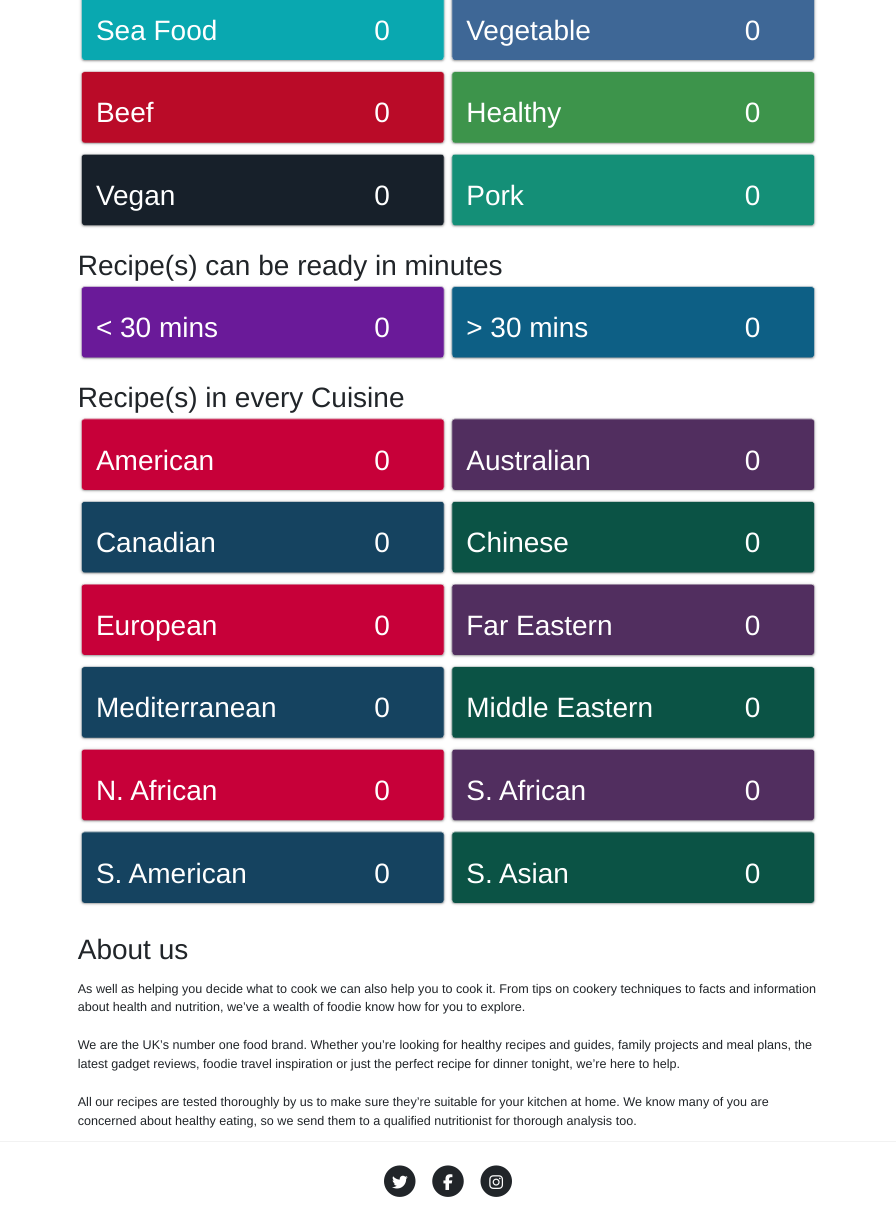
Repository: Code-Institute-Submissions/simas-recipes
Page: http://localhost/
The author's editor kept a record of every edit. The page is drawn from the files as they stood at one moment, then again after the next edit.
The browser window is 1280 px wide. The pictures show the part of the page from y = 797 to 2717 px (the page is 2528 px tall before and 2717 px after), at 70% of full size.
Some web fonts or font styles are not loaded; a fallback is used. Some web libraries are served in a nearby version. The page is served by the project's application, run on Flask 3 (run.py). Queries for data that is not in the repository find no rows.

Above is the page before.
Console error: ReferenceError: emailjs is not defined

### templates/index.html
{% extends 'base.html' %}
{% block content %}
    <span id ="top-page" class="dashhead"> Recipe(s) available in every Catagory</span><br>

    <div class="row">

        <!--Amount of recipes available for CHICKEN-->
        <div class="col-md-6 col-sm-12">
            <a href = "{{ url_for('chicken')}}">
            <div class="row card-chick collapsible collapsible-dash">
                <h2 class="col-9 cat_head">
                    Chicken
                </h2>
                <h2 class="col-3 cat-value">
                    {{ recipe_chicken|selectattr('recipe_type', 'equalto', 'Chicken')|list|length }}
                </h2>
            </div>
            </a>
        </div>

        <!--Amount of recipes available for LAMB-->
        <div class="col-md-6 col-sm-12">
            <a href = "{{ url_for('lamb')}}">
            <div class="row card-lamb collapsible collapsible-dash">
                <h2 class="col-9 cat_head">
                    Lamb
                </h2>
                <h2 class="col-3 cat-value">
                    {{ recipe_lamb|selectattr('recipe_type', 'equalto', 'Lamb')|list|length }}
                </h2>
            </div>
            </a>
        </div>
    </div>

    <div class="row">

        <!--Amount of recipes available for SEA FOOD-->
        <div class="col-md-6 col-sm-12">
            <a href = "{{ url_for('seafood')}}">
            <div class="row card-seafood collapsible collapsible-dash">
                <h2 class="col-9 cat_head">
                    Sea Food
                </h2>
                <h2 class="col-3 cat-value">
                    {{ recipe_seafood|selectattr('recipe_type', 'equalto', 'Sea Food')|list|length }}
                </h2>
            </div>
            </a>
        </div>

        <!--Amount of recipes available for VEGETABLE-->
        <div class="col-md-6 col-sm-12">
            <a href = "{{ url_for('veg')}}">
            <div class="row card-veg collapsible collapsible-dash">
                <h2 class="col-9 cat_head">
                    Vegetable
                </h2>
                <h2 class="col-3 cat-value">
                    {{ recipe_veg|selectattr('recipe_type', 'equalto', 'Vegetable')|list|length }}
                </h2>
            </div>
        </div>
    </div>

    <div class="row">

        <!--Amount of recipes available for BEEF-->
        <div class="col-md-6 col-sm-12">
            <a href = "{{ url_for('beef')}}">
            <div class="row card-beef collapsible collapsible-dash">
                <h2 class="col-9 cat_head">
                    Beef
                </h2>
                <h2 class="col-3 cat-value">
                    {{ recipe_beef|selectattr('recipe_type', 'equalto', 'Beef')|list|length }}
                </h2>
            </div>
            </a>
        </div>

        <!--Amount of recipes available for HEALTHY-->
        <div class="col-md-6 col-sm-12">
            <a href = "{{ url_for('healthy')}}">
            <div class="row card-healthy collapsible collapsible-dash">
                <h2 class="col-9 cat_head">
                    Healthy
                </h2>
                <h2 class="col-3 cat-value">
                    {{ recipe_healthy|selectattr('recipe_type', 'equalto', 'Healthy')|list|length }}
                </h2>
            </div>
            </a>
        </div>
    </div>

    <div class="row">

        <!--Amount of recipes available for VEGAN-->
        <div class="col-md-6 col-sm-12">
            <a href = "{{ url_for('vegan')}}">
            <div class="row card-vegan collapsible collapsible-dash">
                <h2 class="col-9 cat_head">
                    Vegan
                </h2>
                <h2 class="col-3 cat-value">
                    {{ recipe_vegan|selectattr('recipe_type', 'equalto', 'Vegan')|list|length }}
                </h2>
            </div>
            </a>
        </div>

        <!--Amount of recipes available for PORK-->
        <div class="col-md-6 col-sm-12">
            <a href = "{{ url_for('pork')}}">
            <div class="row card-pork collapsible collapsible-dash">
                <h2 class="col-9 cat_head">
                    Pork
                </h2>
                <h2 class="col-3 cat-value">
                    {{ recipe_pork|selectattr('recipe_type', 'equalto', 'Pork')|list|length }}
                </h2>
            </div>
            </a>
        </div>
    </div>
    <br>

    <span class="dashhead"> Recipe(s) can be ready in minutes</span><br>

    <div class="row">

        <!--Amount of recipes available which can be ready under 30 mins-->
        <div class="col-md-6 col-sm-12" title="Recipes can be ready 'UNDER 30 MINS'">
            <div class="row card-u30 collapsible collapsible-dash">
                <h2 class="col-9 cat_head">
                    < 30 mins
                </h2>
                <h2 class="col-3 cat-value">
                    {{ recipe_25|selectattr('cook_time', 'lessthan', '31')|list|length }}
                </h2>
            </div>
        </div>

        <!--Amount of recipes available which can be take over 30 mins to be ready-->
        <div class="col-md-6 col-sm-12">
            <div class="row card-o30 collapsible collapsible-dash">
                <h2 class="col-9 cat_head">
                    > 30 mins
                </h2>
                <h2 class="col-3 cat-value">
                    {{ recipe_35|selectattr('cook_time', 'greaterthan', '31')|list|length }}
                </h2>
            </div>
        </div>
    </div>

    <br>

    <span class="dashhead"> Recipe(s) in every Cuisine</span><br>

    <div class="row">

        <!--Amount of recipes available for AMERICAN CUISINE-->
        <div class="col-md-6 col-sm-12">
            <a href="{{ url_for('american') }}">
            <div class="row card-cuisine-red collapsible collapsible-dash">
                <h2 class="col-9 cat_head">
                    American
                </h2>
                <h2 class="col-3 cat-value">
                    {{ recipe_amc|selectattr('recipe_cuisine', 'equalto', 'American Cuisine')|list|length }}
                </h2>
            </div>
            </a>
        </div>

        <!--Amount of recipes available for AUSTRALIAN CUISINE-->
        <div class="col-md-6 col-sm-12">
            <div class="row card-cuisine-purple collapsible collapsible-dash">
                <h2 class="col-9 cat_head">
                    Australian
                </h2>
                <h2 class="col-3 cat-value">
                    {{ recipe_auc|selectattr('recipe_cuisine', 'equalto', 'Australian Cuisine')|list|length }}
                </h2>
            </div>
        </div>
    </div>

    <div class="row">

        <!--Amount of recipes available for CANADIAN CUISINE-->
        <div class="col-md-6 col-sm-12">
            <div class="row card-cuisine-blue collapsible collapsible-dash">
                <h2 class="col-9 cat_head">
                    Canadian
                </h2>
                <h2 class="col-3 cat-value">
                    {{ recipe_cdc|selectattr('recipe_cuisine', 'equalto', 'Canadian Cuisine')|list|length }}
                </h2>
            </div>
        </div>

        <!--Amount of recipes available for CHINESE CUISINE-->
        <div class="col-md-6 col-sm-12">
            <div class="row card-cuisine-green collapsible collapsible-dash">
                <h2 class="col-9 cat_head">
                    Chinese
                </h2>
                <h2 class="col-3 cat-value">
                    {{ recipe_cnc|selectattr('recipe_cuisine', 'equalto', 'Chinese Cuisine')|list|length }}
                </h2>
            </div>
        </div>
    </div>

    <div class="row">

        <!--Amount of recipes available for EUROPIAN CUISINE-->
        <div class="col-md-6 col-sm-12">
            <div class="row card-cuisine-red collapsible collapsible-dash">
                <h2 class="col-9 cat_head">
                    European
                </h2>
                <h2 class="col-3 cat-value">
                    {{ recipe_euc|selectattr('recipe_cuisine', 'equalto', 'European Cuisine')|list|length }}
                </h2>
            </div>
        </div>

        <!--Amount of recipes available for FAR EASTERN CUISINE-->
        <div class="col-md-6 col-sm-12">
            <div class="row card-cuisine-purple collapsible collapsible-dash">
                <h2 class="col-9 cat_head">
                    Far Eastern
                </h2>
                <h2 class="col-3 cat-value">
                    {{ recipe_fec|selectattr('recipe_cuisine', 'equalto', 'Far Eastern Cuisine')|list|length }}
                </h2>
            </div>
        </div>
    </div>

    <div class="row">

        <!--Amount of recipes available for MEDITERRANEAN CUISINE-->
        <div class="col-md-6 col-sm-12">
            <div class="row card-cuisine-blue collapsible collapsible-dash">
                <h2 class="col-9 cat_head">
                    Mediterranean
                </h2>
                <h2 class="col-3 cat-value">
                    {{ recipe_mdc|selectattr('recipe_cuisine', 'equalto', 'Mediterranean Cuisine')|list|length }}
                </h2>
            </div>
        </div>

        <!--Amount of recipes available for MIDDLE EASTERN CUISINE-->
        <div class="col-md-6 col-sm-12">
            <div class="row card-cuisine-green collapsible collapsible-dash">
                <h2 class="col-9 cat_head">
                    Middle Eastern
                </h2>
                <h2 class="col-3 cat-value">
                    {{ recipe_mec|selectattr('recipe_cuisine', 'equalto', 'Middle Eastern Cuisine')|list|length }}
                </h2>
            </div>
        </div>
    </div>

    <div class="row">

        <!--Amount of recipes available for NORTH AFRICAN CUISINE-->
        <div class="col-md-6 col-sm-12">
            <div class="row card-cuisine-red collapsible collapsible-dash">
                <h2 class="col-9 cat_head">
                    N. African
                </h2>
                <h2 class="col-3 cat-value">
                    {{ recipe_nac|selectattr('recipe_cuisine', 'equalto', 'North African Cuisine')|list|length }}
                </h2>
            </div>
        </div>

        <!--Amount of recipes available for SOUTH AFRICAN CUISINE-->
        <div class="col-md-6 col-sm-12">
            <div class="row card-cuisine-purple collapsible collapsible-dash">
                <h2 class="col-9 cat_head">
                    S. African
                </h2>
                <h2 class="col-3 cat-value">
                    {{ recipe_safc|selectattr('recipe_cuisine', 'equalto', 'South African Cuisine')|list|length }}
                </h2>
            </div>
        </div>
    </div>

    <div class="row">

        <!--Amount of recipes available for SOUTH AMERICAN CUISINE-->
        <div class="col-md-6 col-sm-12">
            <div class="row card-cuisine-blue collapsible collapsible-dash">
                <h2 class="col-9 cat_head">
                    S. American
                </h2>
                <h2 class="col-3 cat-value">
                    {{ recipe_samc|selectattr('recipe_cuisine', 'equalto', 'South American Cuisine')|list|length }}
                </h2>
            </div>
        </div>

        <!--Amount of recipes available for SOUTH ASIAN CUISINE-->
        <div class="col-md-6 col-sm-12">
            <div class="row card-cuisine-green collapsible collapsible-dash">
                <h2 class="col-9 cat_head">
                    S. Asian
                </h2>
                <h2 class="col-3 cat-value">
                    {{ recipe_sasc|selectattr('recipe_cuisine', 'equalto', 'South Asian Cuisine')|list|length }}
                </h2>
            </div>
        </div>
    </div>

    <h2>About us</h2>

    <p>
        As well as helping you decide what to cook we can also help you to cook it. From tips on cookery techniques to facts and information about health and nutrition, we’ve a wealth of foodie know how for you to explore.
    </p>
    <br>
    <p>
        We are the UK’s number one food brand. Whether you’re looking for healthy recipes and guides, family projects and meal plans, the latest gadget reviews, foodie travel inspiration or just the perfect recipe for dinner tonight, we’re here to help.
    </p>
    <br>
    <p>
        All our recipes are tested thoroughly by us to make sure they’re suitable for your kitchen at home. We know many of you are concerned about healthy eating, so we send them to a qualified nutritionist for thorough analysis too.
    </p>

    <!--For floating TOP button on right hand bottom corner-->
    <div class="fixed-action-btn">
        <a href="#top-page" class="btn-floating red card-top">
            Top
        </a>
    </div>

{% endblock %}

Loaded but not shown: static/css/bootstrap.css (library); static/css/fontawesome.css (library); static/css/materialize.css (library); static/js/jquery.js (library); static/js/bootstrap.bundle.js (library); static/js/materialize.js (library); static/js/clean-blog.js (41 lines, source omitted); static/js/sendemail.js (57 lines, source omitted); run.py (519 lines, source omitted); static/css/style.css (854 lines, source omitted); templates/base.html (159 lines, source omitted)

After the next edit:
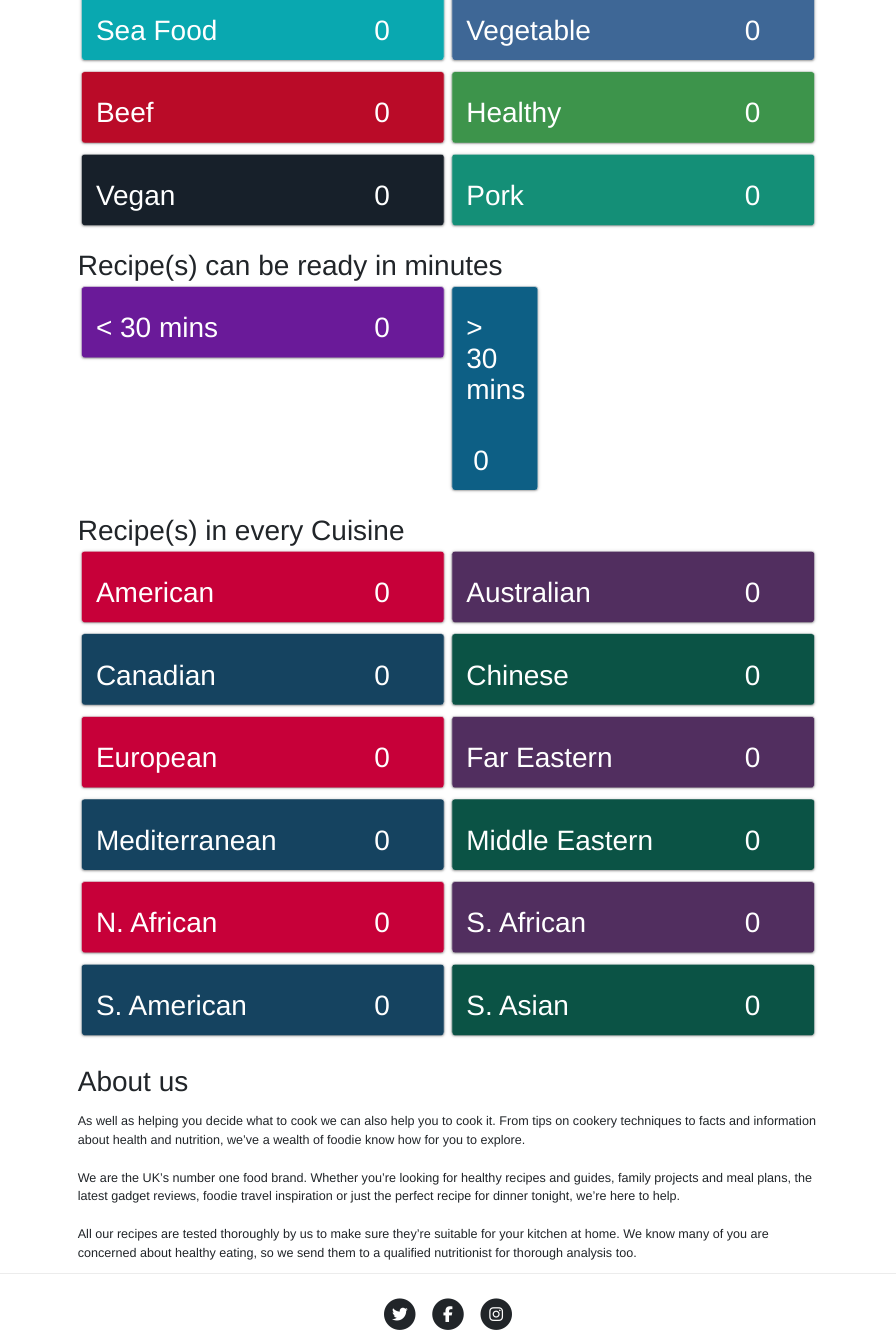
The edit:
--- a/templates/index.html
+++ b/templates/index.html
@@ -131,7 +131,8 @@
     <div class="row">
 
         <!--Amount of recipes available which can be ready under 30 mins-->
-        <div class="col-md-6 col-sm-12" title="Recipes can be ready 'UNDER 30 MINS'">
+        <div class="col-md-6 col-sm-12">
+            <a href = "{{ url_for('u30')}}">
             <div class="row card-u30 collapsible collapsible-dash">
                 <h2 class="col-9 cat_head">
                     < 30 mins

After the edit that followed:
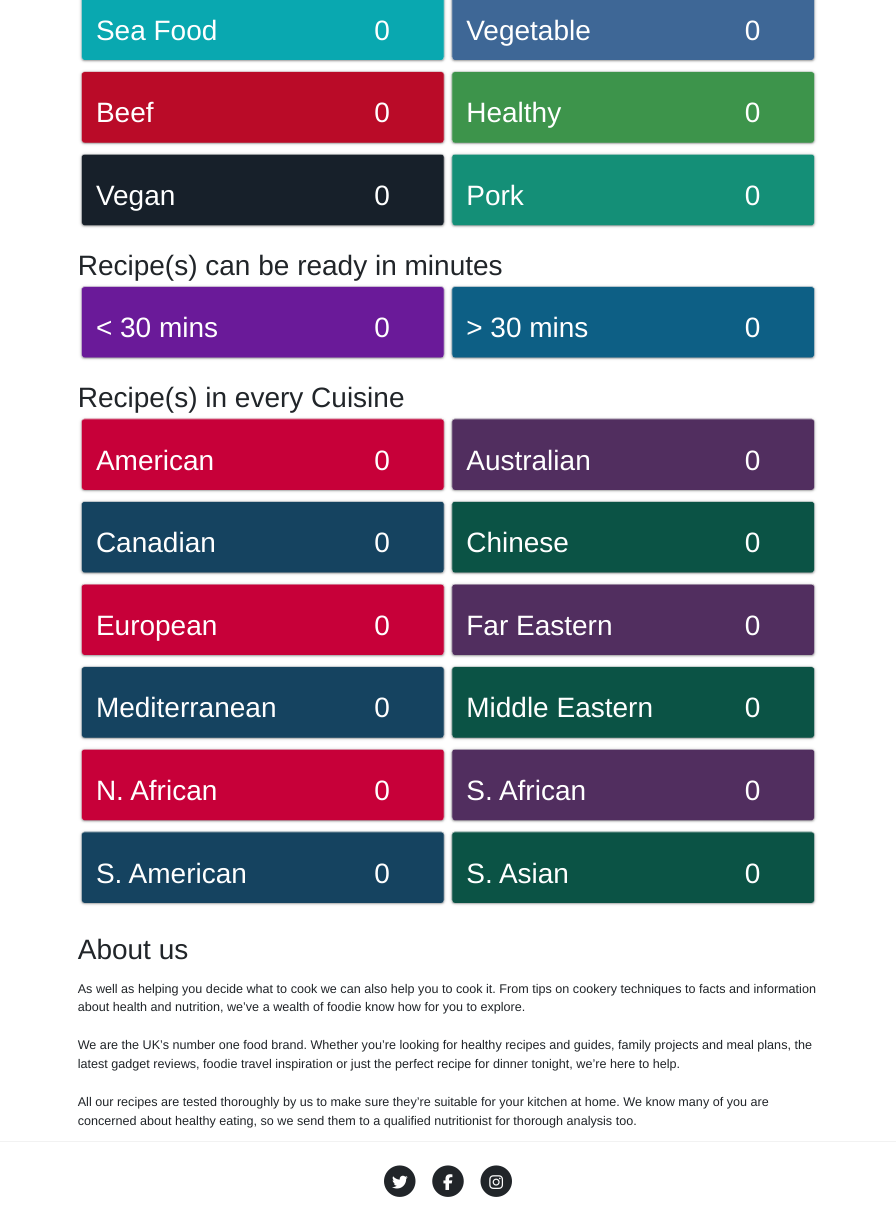
The edit:
--- a/templates/index.html
+++ b/templates/index.html
@@ -141,6 +141,7 @@
                     {{ recipe_25|selectattr('cook_time', 'lessthan', '31')|list|length }}
                 </h2>
             </div>
+            </a>
         </div>
 
         <!--Amount of recipes available which can be take over 30 mins to be ready-->
